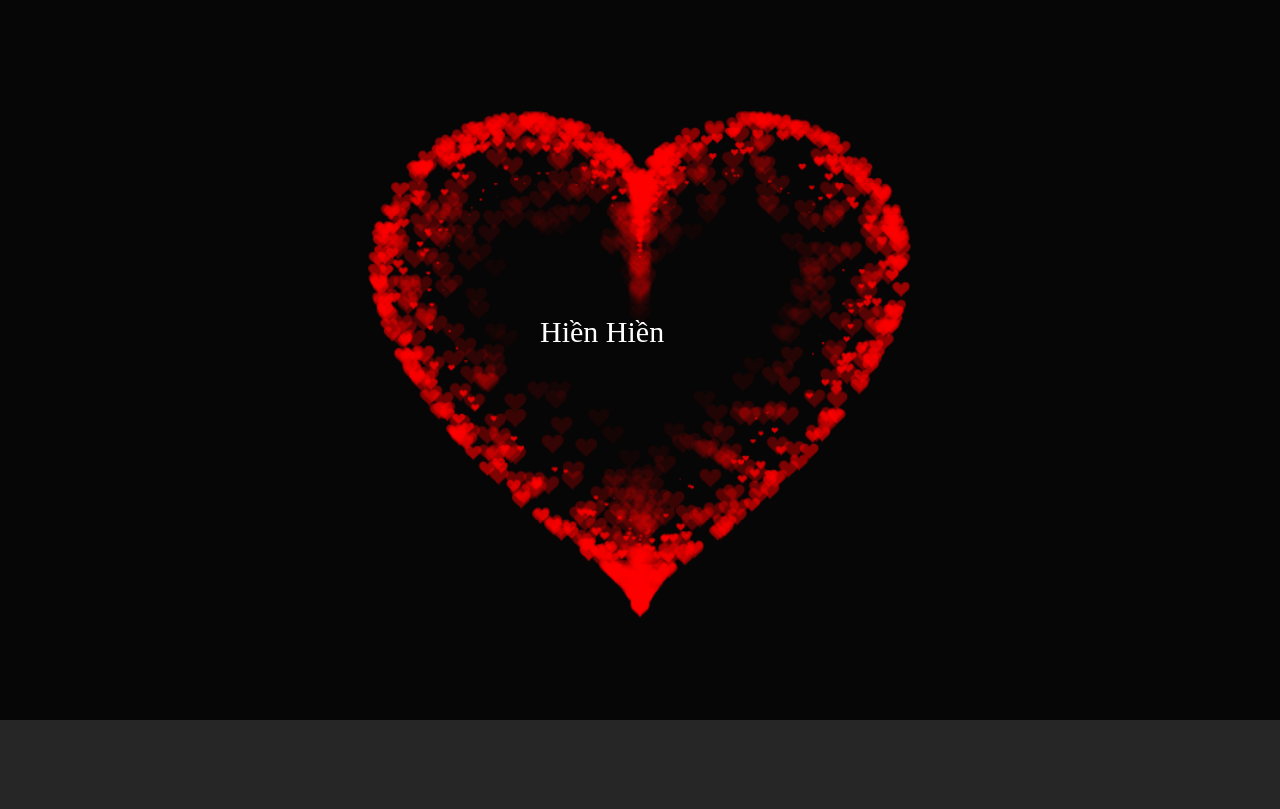
Repository: OanhBuonNgu/git_test
Page: index.html
An editor plug-in stored every save of this project. The page is shown before and after the next save, followed by the edit.
The browser window is 1280 px wide. The pictures show the whole page.

Above is the page before, as saved 2022-11-13 21:43:45.

### index.html
<!DOCTYPE html>
<html lang="en">

<HEAD>
    <meta charset="UTF-8">
    <meta http-equiv="X-UA-Compatible" content="IE=edge">
    <meta name="viewport" content="width=device-width, initial-scale=1.0">
    <title>Design By Nguyễn Đình Oanh</title>
    <link rel="stylesheet" href="style.css">
    <style>
        html,
        body {
            height: 100%;
            padding: 0;
            margin: 0;
            background: rgba(0, 0, 0, 0.851);
        }

        canvas {
            position: absolute;
            width: 100%;
            height: 100%;
        }
    </style>
</HEAD>

<BODY>
    <div class="container">
        <div class="box">
            <div style="color:rgb(255, 255, 255);position:absolute;top: 330px;left:400px;font-size:30px;z-index: 1;">Hiền Hiền</div>
            <canvas id="pinkboard"></canvas>
        </div>
        <script>
            var settings = {
                particles: {
                    length: 1200,
                    duration: 2,
                    velocity: 150,
                    effect: -1.2,
                    size: 20,
                },
            };
            /*
             */
            (function() {
                var b = 0;
                var c = ["ms", "moz", "webkit", "o"];
                for (var a = 0; a < c.length && !window.requestAnimationFrame; ++a) {
                    window.requestAnimationFrame = window[c[a] + "RequestAnimationFrame"];
                    window.cancelAnimationFrame = window[c[a] + "CancelAnimationFrame"] || window[c[a] + "CancelRequestAnimationFrame"]
                }
                if (!window.requestAnimationFrame) {
                    window.requestAnimationFrame = function(h, e) {
                        var d = new Date().getTime();
                        var f = Math.max(0, 50 - (d - b));
                        var g = window.setTimeout(function() {
                            h(d + f)
                        }, f);
                        b = d + f;
                        return g
                    }
                }
                if (!window.cancelAnimationFrame) {
                    window.cancelAnimationFrame = function(d) {
                        clearTimeout(d)
                    }
                }
            }());
            /*
             * Point class
             */
            var Point = (function() {
                function Point(x, y) {
                    this.x = (typeof x !== 'undefined') ? x : 0;
                    this.y = (typeof y !== 'undefined') ? y : 0;
                }
                Point.prototype.clone = function() {
                    return new Point(this.x, this.y);
                };
                Point.prototype.length = function(length) {
                    if (typeof length == 'undefined')
                        return Math.sqrt(this.x * this.x + this.y * this.y);
                    this.normalize();
                    this.x *= length;
                    this.y *= length;
                    return this;
                };
                Point.prototype.normalize = function() {
                    var length = this.length();
                    this.x /= length;
                    this.y /= length;
                    return this;
                };
                return Point;
            })();
            /*
             * Particle class
             */
            var Particle = (function() {
                function Particle() {
                    this.position = new Point();
                    this.velocity = new Point();
                    this.acceleration = new Point();
                    this.age = 0;
                }
                Particle.prototype.initialize = function(x, y, dx, dy) {
                    this.position.x = x;
                    this.position.y = y;
                    this.velocity.x = dx;
                    this.velocity.y = dy;
                    this.acceleration.x = dx * settings.particles.effect;
                    this.acceleration.y = dy * settings.particles.effect;
                    this.age = 0;
                };
                Particle.prototype.update = function(deltaTime) {
                    this.position.x += this.velocity.x * deltaTime;
                    this.position.y += this.velocity.y * deltaTime;
                    this.velocity.x += this.acceleration.x * deltaTime;
                    this.velocity.y += this.acceleration.y * deltaTime;
                    this.age += deltaTime;
                };
                Particle.prototype.draw = function(context, image) {
                    function ease(t) {
                        return (--t) * t * t + 1;
                    }
                    var size = image.width * ease(this.age / settings.particles.duration);
                    context.globalAlpha = 1 - this.age / settings.particles.duration;
                    context.drawImage(image, this.position.x - size / 2, this.position.y - size / 2, size, size);
                };
                return Particle;
            })();
            /*
             * ParticlePool class
             */
            var ParticlePool = (function() {
                var particles,
                    firstActive = 0,
                    firstFree = 0,
                    duration = settings.particles.duration;

                function ParticlePool(length) {
                    // create and populate particle pool
                    particles = new Array(length);
                    for (var i = 0; i < particles.length; i++)
                        particles[i] = new Particle();
                }
                ParticlePool.prototype.add = function(x, y, dx, dy) {
                    particles[firstFree].initialize(x, y, dx, dy);

                    // handle circular queue
                    firstFree++;
                    if (firstFree == particles.length) firstFree = 0;
                    if (firstActive == firstFree) firstActive++;
                    if (firstActive == particles.length) firstActive = 0;
                };
                ParticlePool.prototype.update = function(deltaTime) {
                    var i;

                    // update active particles
                    if (firstActive < firstFree) {
                        for (i = firstActive; i < firstFree; i++)
                            particles[i].update(deltaTime);
                    }
                    if (firstFree < firstActive) {
                        for (i = firstActive; i < particles.length; i++)
                            particles[i].update(deltaTime);
                        for (i = 0; i < firstFree; i++)
                            particles[i].update(deltaTime);
                    }

                    // remove inactive particles
                    while (particles[firstActive].age >= duration && firstActive != firstFree) {
                        firstActive++;
                        if (firstActive == particles.length) firstActive = 0;
                    }


                };
                ParticlePool.prototype.draw = function(context, image) {
                    // draw active particles
                    if (firstActive < firstFree) {
                        for (i = firstActive; i < firstFree; i++)
                            particles[i].draw(context, image);
                    }
                    if (firstFree < firstActive) {
                        for (i = firstActive; i < particles.length; i++)
                            particles[i].draw(context, image);
                        for (i = 0; i < firstFree; i++)
                            particles[i].draw(context, image);
                    }
                };
                return ParticlePool;
            })();
            /*
             * Putting it all together
             */
            (function(canvas) {
                var context = canvas.getContext('2d'),
                    particles = new ParticlePool(settings.particles.length),
                    particleRate = settings.particles.length / settings.particles.duration, // particles/sec
                    time;

                // get point on heart with -PI <= t <= PI
                function pointOnHeart(t) {
                    return new Point(
                        160 * Math.pow(Math.sin(t), 3),
                        130 * Math.cos(t) - 50 * Math.cos(2 * t) - 20 * Math.cos(3 * t) - 10 * Math.cos(4 * t) + 25
                    );
                }

                // creating the particle image using a dummy canvas
                var image = (function() {
                    var canvas = document.createElement('canvas'),
                        context = canvas.getContext('2d');
                    canvas.width = settings.particles.size;
                    canvas.height = settings.particles.size;
                    // helper function to create the path
                    function to(t) {
                        var point = pointOnHeart(t);
                        point.x = settings.particles.size / 2 + point.x * settings.particles.size / 350;
                        point.y = settings.particles.size / 2 - point.y * settings.particles.size / 350;
                        return point;
                    }
                    // create the path
                    context.beginPath();
                    var t = -Math.PI;
                    var point = to(t);
                    context.moveTo(point.x, point.y);
                    while (t < Math.PI) {
                        t += 0.05; // baby steps!
                        point = to(t);
                        context.lineTo(point.x, point.y);
                    }
                    context.closePath();
                    // create the fill
                    context.fillStyle = '#FF0000';
                    context.fill();
                    // create the image
                    var image = new Image();
                    image.src = canvas.toDataURL('');
                    return image;
                })();

                // render that thing!
                function render() {
                    // next animation frame
                    requestAnimationFrame(render);

                    // update time
                    var newTime = new Date().getTime() / 900,
                        deltaTime = newTime - (time || newTime);
                    time = newTime;

                    // clear canvas
                    context.clearRect(0, 0, canvas.width, canvas.height);

                    // create new particles
                    var amount = particleRate * deltaTime;
                    for (var i = 0; i < amount; i++) {
                        var pos = pointOnHeart(Math.PI - 2 * Math.PI * Math.random());
                        var dir = pos.clone().length(settings.particles.velocity);
                        particles.add(canvas.width / 2 + pos.x, canvas.height / 2 - pos.y, dir.x, -dir.y);
                    }

                    // update and draw particles
                    particles.update(deltaTime);
                    particles.draw(context, image);
                }

                // handle (re-)sizing of the canvas
                function onResize() {
                    canvas.width = canvas.clientWidth;
                    canvas.height = canvas.clientHeight;
                }
                window.onresize = onResize;

                // delay rendering bootstrap
                setTimeout(function() {
                    onResize();
                    render();
                }, 10);
            })(document.getElementById('pinkboard'));
        </script>
    </div>

</BODY>

</HTML>

### style.css
body {
    display: flex;
    justify-content: center;
    align-items: center;
    background: #2c3e50
}

.box {
    width: 1000px;
    position: absolute;
    top: 50%;
    left: 50%;
    transform: translate(-50%, -50%);
    display: flex;
    flex-direction: column;
}

#pinkboard {
    position: relative;
    margin: auto;
    height: 750px;
    width: 750px;
    animation: animate 1.2s infinite;
}

#pinkboard:before,
#pinkboard:after {
    content: '';
    position: absolute;
    background: #000000;
    width: 100px;
    height: 160px;
    border-top-left-radius: 50px;
    border-top-right-radius: 50px;
}

#pinkboard:before {
    left: 100px;
    transform: rotate(-45deg);
    transform-origin: 0 100%;
    box-shadow: 0 14px 28px rgba(0, 0, 0, 0.25), 0 10px 10px rgba(0, 0, 0, 0.22);
}

#pinkboard:after {
    left: 0;
    transform: rotate(45deg);
    transform-origin: 100% 100%;
}

@keyframes animate {
    0% {
        transform: scale(1);
    }
    20% {
        transform: scale(1.2);
    }
    30% {
        transform: scale(1.3);
    }
    40% {
        transform: scale(1.4);
    }
    50% {
        transform: scale(1.5);
    }
    60% {
        transform: scale(1.4);
    }
    80% {
        transform: scale(1.2);
    }
    100% {
        transform: scale(1);
    }
}

After the next save:
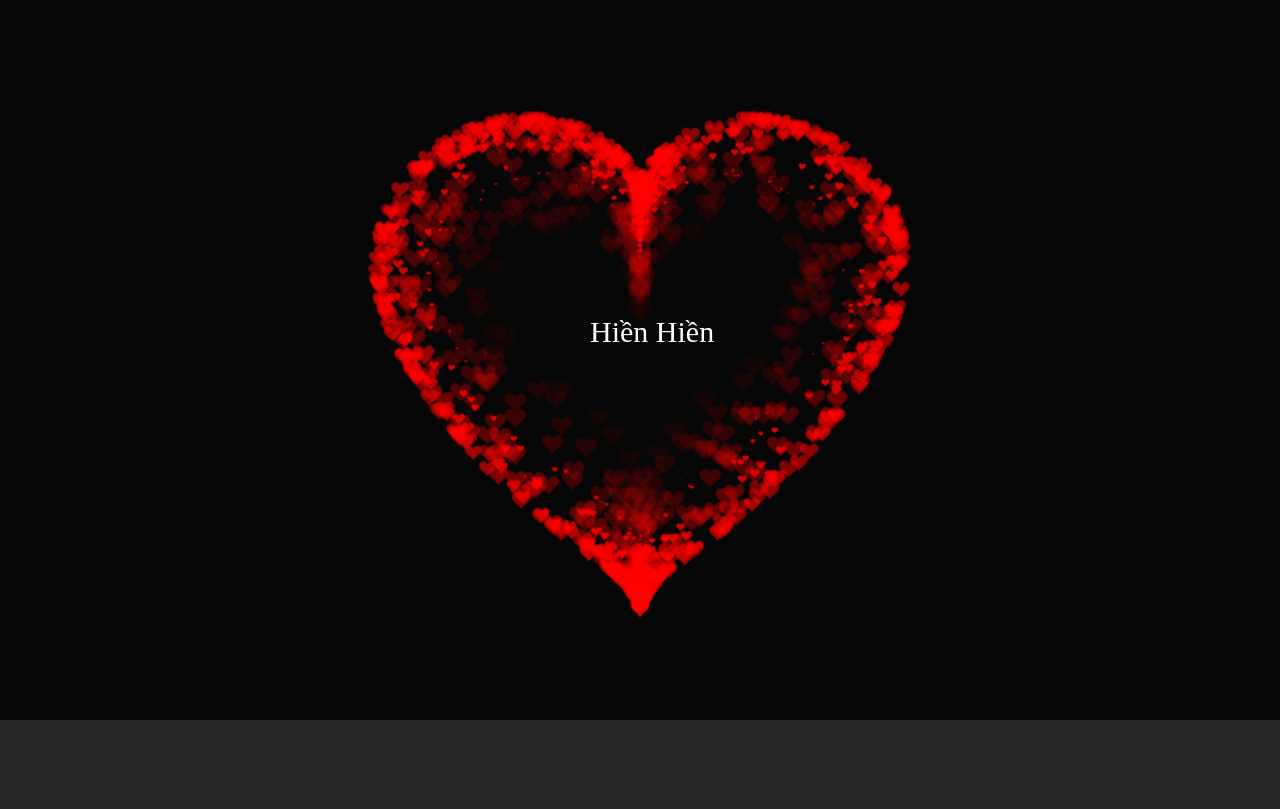
Saved 9 s later.
--- a/index.html
+++ b/index.html
@@ -27,7 +27,7 @@
 <BODY>
     <div class="container">
         <div class="box">
-            <div style="color:rgb(255, 255, 255);position:absolute;top: 330px;left:400px;font-size:30px;z-index: 1;">Hiền Hiền</div>
+            <div style="color:rgb(255, 255, 255);position:absolute;top: 330px;left:450px;font-size:30px;z-index: 1;">Hiền Hiền</div>
             <canvas id="pinkboard"></canvas>
         </div>
         <script>
